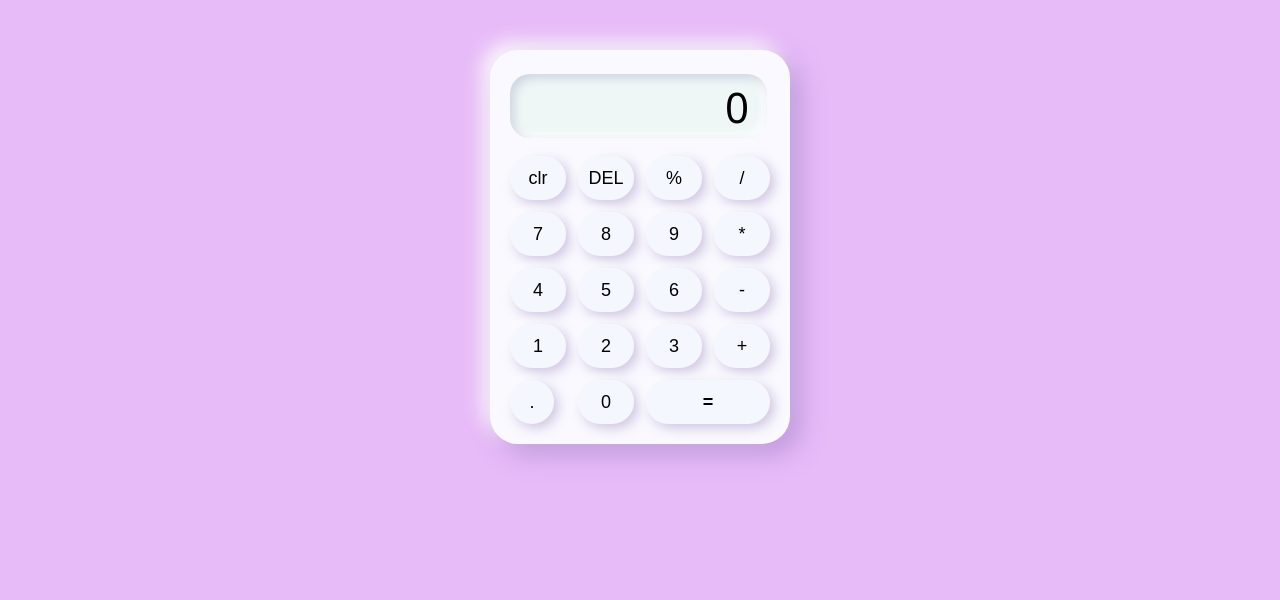
Repository: meti-guda/simple-calculator
Page: index.html
The author's editor kept a copy of each file at every save. The page is drawn from the files as they stood at one save, then again after the next save.
The browser window is 1280 px wide. The pictures show the whole page.

Above is the page before, as saved 2025-12-11 12:39:30.

After the next save:
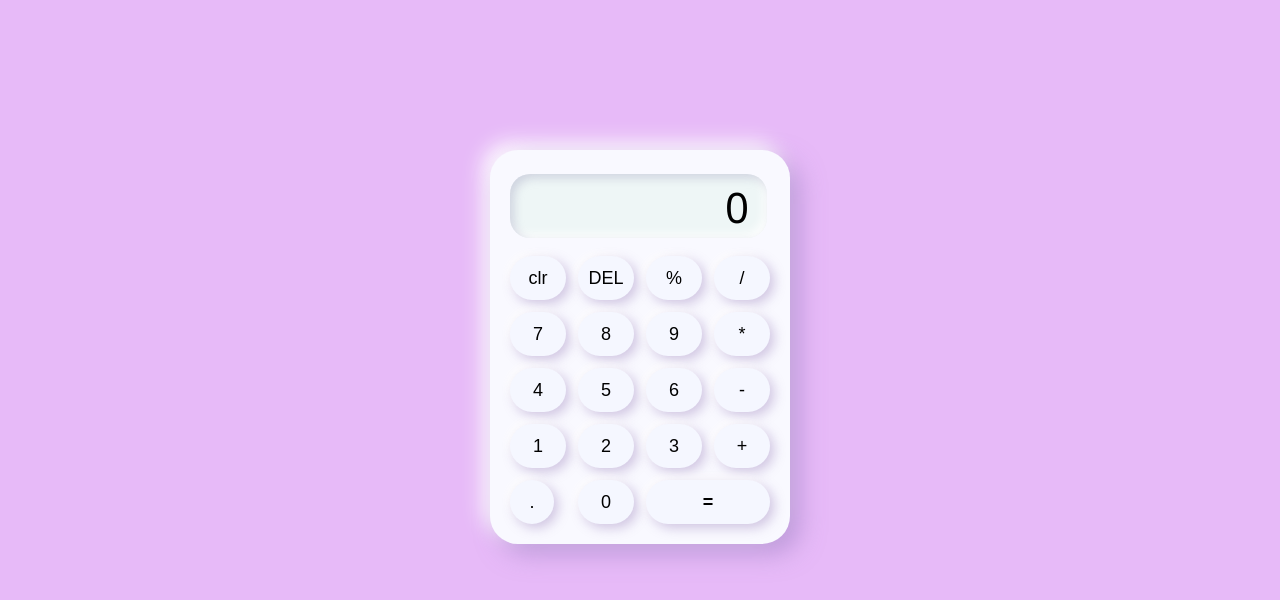
Saved 6 s later.
--- a/style.css
+++ b/style.css
@@ -5,7 +5,7 @@ body {
   background-color: #e7baf8;
   font-family: "Segoe UI", system-ui, sans-serif;
   box-sizing: border-box;
-  margin-top: 50px;
+  margin-top: 150px;
   padding: 0;
 }
 
